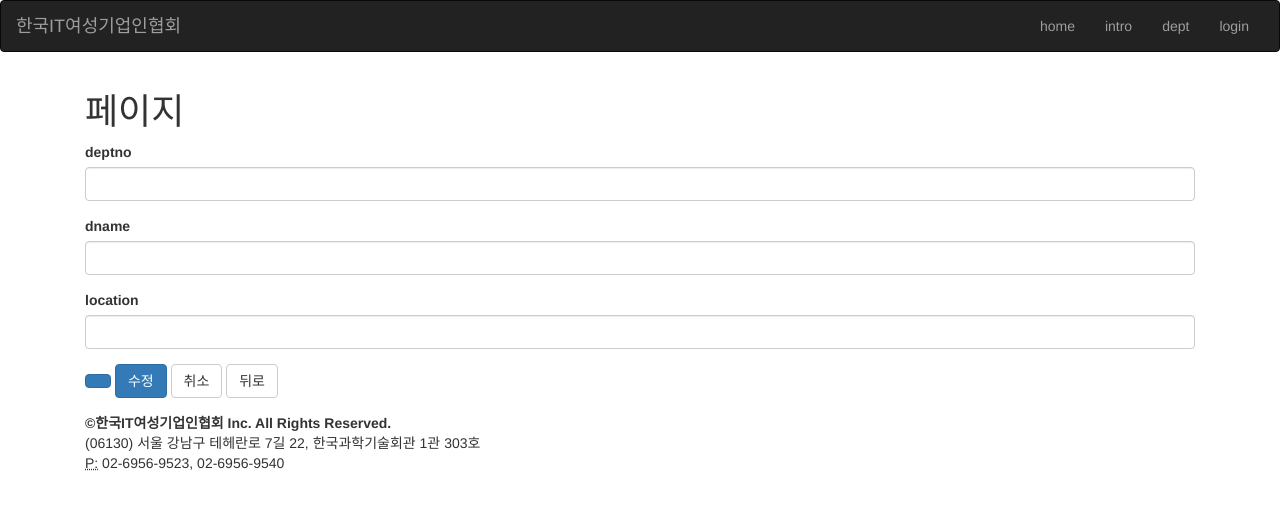
Repository: minho00123/sw-professional-training
Page: http://localhost/sts05/WEB-INF/views/dept/one.jsp
These files come from the project's save history. The page is drawn as it stood at one moment and after the next save; the edit follows.
The browser window is 1280 px wide. The pictures show the whole page.
The page is served by Tomcat 9. Nobody is signed in. The template is opened directly, without the code that normally fills it, so the values that code supplies are empty.

Above is the page before, as saved 2025-05-19 08:04:42.

After the next save:
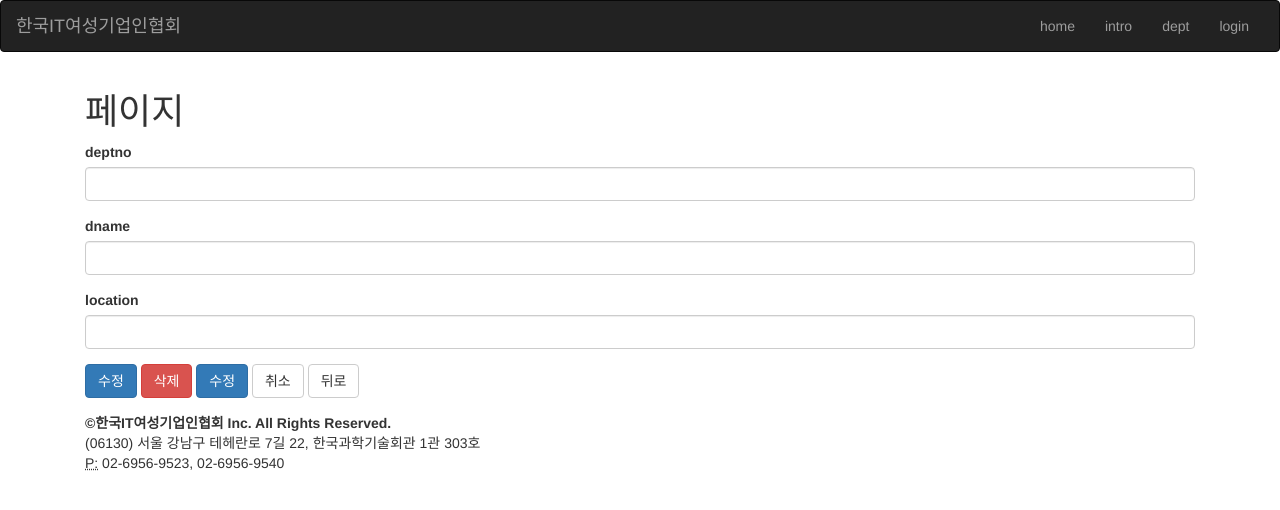
Saved 26 s later.
--- a/stsWorkspace/sts05/src/main/webapp/WEB-INF/views/dept/one.jsp
+++ b/stsWorkspace/sts05/src/main/webapp/WEB-INF/views/dept/one.jsp
@@ -21,7 +21,8 @@
 			<label>location</label><input value="${bean.loc }" name="loc" class="form-control" />
 		</div>
 		<div class="form-group">
-			<a href="edit"class="btn btn-primary" role="button"></a>
+			<a href="edit" class="btn btn-primary" role="button">수정</a>
+			<a href="delete" class="btn btn-danger" role="button">삭제</a>
 			<button type="submit" class="btn btn-primary">수정</button>
 			<button type="reset" class="btn btn-default">취소</button>
 			<button type="button" class="btn btn-default"
